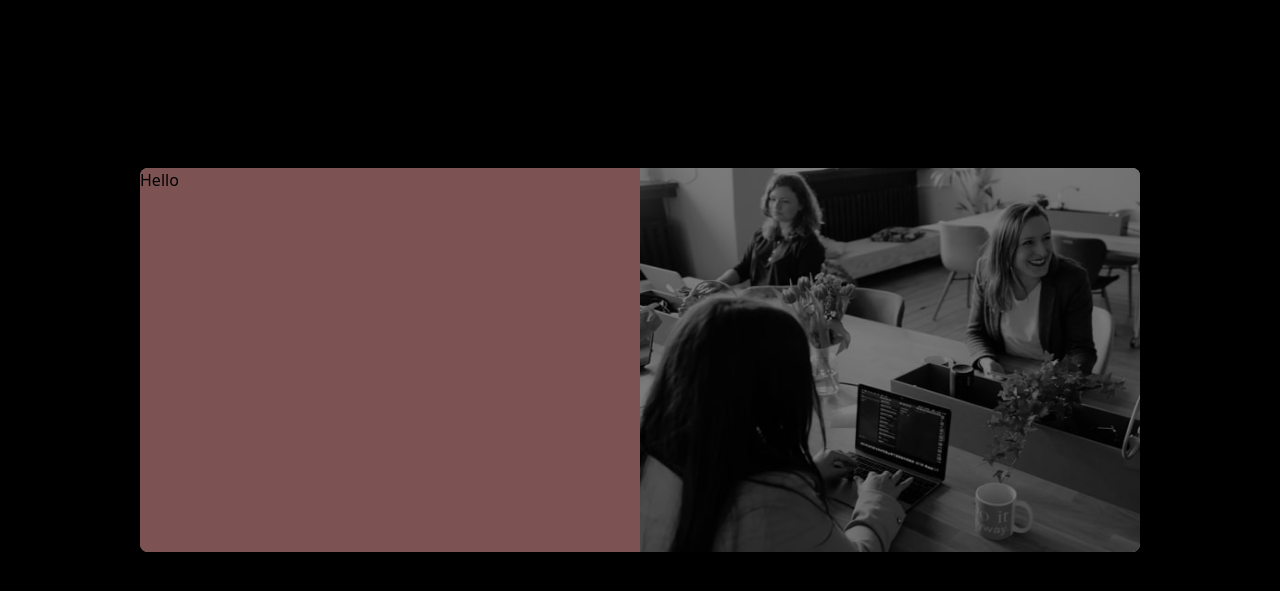
Repository: BerlinWebDev/FrontendMaster_PreviewMentor
Page: /
These files come from the project's save history. The page is drawn as it stood at one moment and after the next save; the edit follows.
The browser window is 1280 px wide. The pictures show the whole page.
The project was rebuilt for these pictures with package versions that can differ from the ones it lists, and the page was loaded fresh each time.

Above is the page before, as saved 2023-11-11 18:44:35.

### src/App.js
import Image from "./assets/image-header-desktop.jpg";

function App() {
  return (
    <>
      <header>
        <title>Challenge</title>
        <meta name="description" content="Challenge" />
        <link rel="icon" href="/favicon.ico" />
      </header>
      <main className="flex min-h-screen flex-col items-center justify-center bg-black">
        <div className="flex h-96 w-[1000px] rounded-lg bg-white">
          <aside className="w-1/2 bg-red-300 rounded-l-lg">Hello</aside>
          <aside className="w-1/2 bg-red-200 rounded-lg">
            <div className="absolute inset-0 bg-black opacity-50"></div>
            <img
              className=" h-full w-full rounded-r-lg"
              src={Image}
              alt="Header-Desktop"
            />
          </aside>
        </div>
      </main>
    </>
  );
}

export default App;

Loaded but not shown: public/index.html (common file); src/index.js (common file); src/index.css (common file); tailwind.config.js (common file)

After the next save:
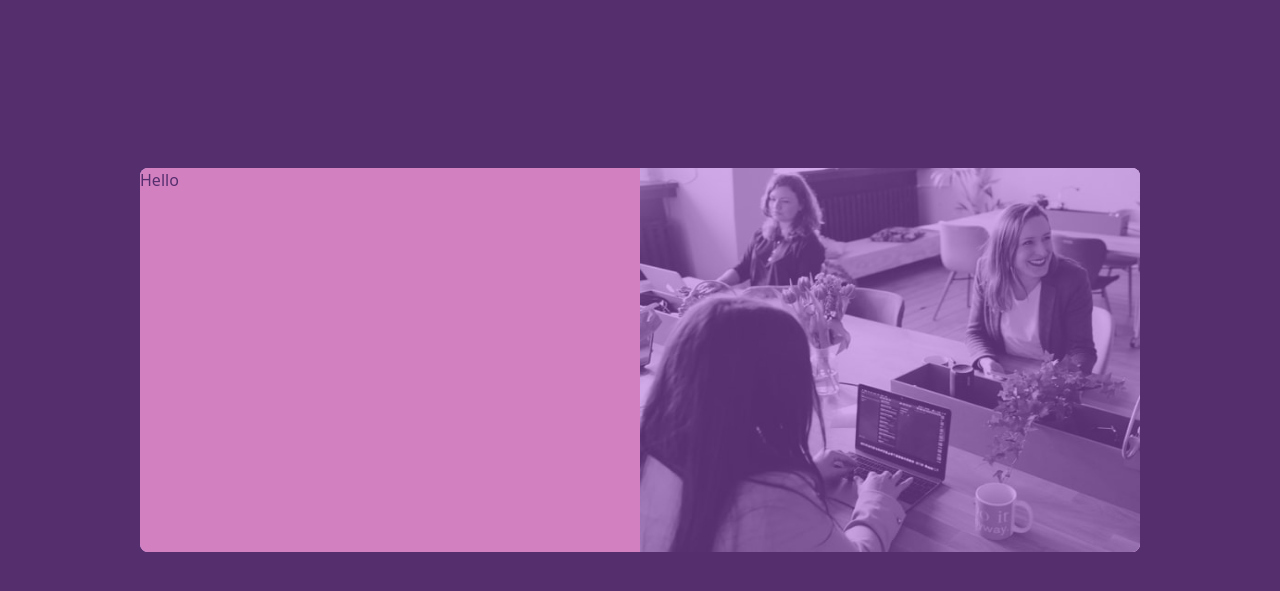
Saved 104 s later.
--- a/src/App.js
+++ b/src/App.js
@@ -12,7 +12,7 @@ function App() {
         <div className="flex h-96 w-[1000px] rounded-lg bg-white">
           <aside className="w-1/2 bg-red-300 rounded-l-lg">Hello</aside>
           <aside className="w-1/2 bg-red-200 rounded-lg">
-            <div className="absolute inset-0 bg-black opacity-50"></div>
+            <div className="absolute inset-0 bg-[#aa5cdb] opacity-50"></div>
             <img
               className=" h-full w-full rounded-r-lg"
               src={Image}
